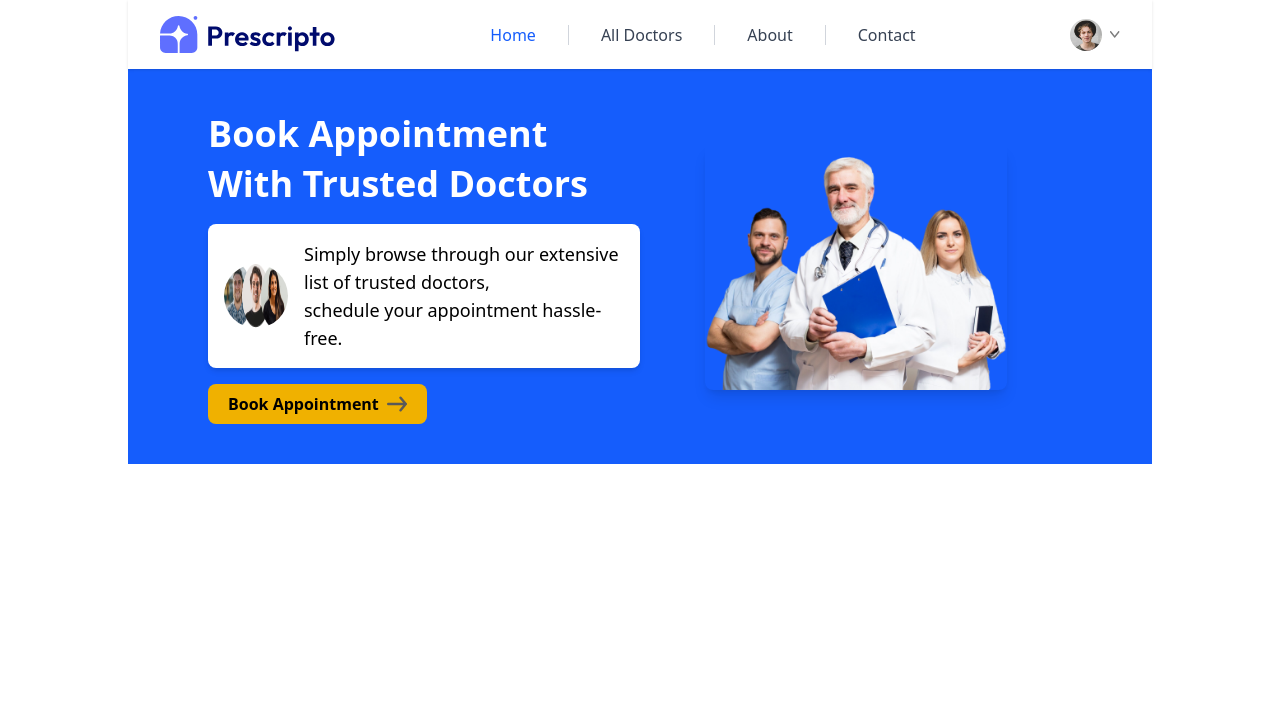
Repository: Pran2535/appointement_booking
Page: / (app in frontend/)
These files come from the project's save history. The page is drawn as it stood at one moment and after the next save; the edit follows.
The browser window is 1280 px wide. The pictures show the whole page.
The project was rebuilt for these pictures with package versions that can differ from the ones it lists, and the page was loaded fresh each time. Also part of the build but not shown: frontend/vite.config.js, frontend/src/pages/About.jsx, frontend/src/pages/MyAppointments.jsx, frontend/src/pages/Doctors.jsx, frontend/src/pages/Login.jsx, frontend/src/pages/Contact.jsx, frontend/src/pages/MyProfile.jsx, frontend/src/pages/Appointment.jsx.

Above is the page before, as saved 2025-02-16 20:55:28.

### frontend/index.html
<!doctype html>
<html lang="en">
  <head>
    <meta charset="UTF-8" />
    <link rel="icon" type="image/svg+xml" href="/vite.svg" />
    <meta name="viewport" content="width=device-width, initial-scale=1.0" />
    <title>Mishra healthcare</title>
  </head>
  <body>
    <div id="root"></div>
    <script type="module" src="/src/main.jsx"></script>
  </body>
</html>

### frontend/src/main.jsx
import { StrictMode } from 'react'
import { createRoot } from 'react-dom/client'
import './index.css'
import App from './App.jsx'
import { BrowserRouter } from 'react-router-dom'

createRoot(document.getElementById('root')).render(
<BrowserRouter>
    <App />
  </BrowserRouter>,
)

### frontend/src/App.jsx
import React from 'react'
import { Route, Routes } from 'react-router-dom'
import Home from './pages/Home'
import About from './pages/About'
import MyAppointments from './pages/MyAppointments'
import Doctors from './pages/Doctors'
import Login from './pages/Login'
import Contact from './pages/Contact'
import MyProfile from './pages/MyProfile'
import Appointment from './pages/Appointment'
import Navbar from './components/Navbar'

const App = () => {
  return (
    <div className='mx-4 sm:mx-[10%]'>
      <Navbar/>{ /* mounted navbar component before routes so that it gets displayed over the all routes */}
      <Routes>
        <Route path='/' element={<Home />} />
        <Route path='/about' element={<About />} />
        <Route path='/my-appointments' element={<MyAppointments />} />
        <Route path='/doctors' element={<Doctors/>}/>
        <Route path='/doctors/:speciality' element={<Doctors/>}/>
        <Route path ='/login' element={<Login/>}/>
        <Route path='/contact' element={<Contact/>}/>
        <Route path ='/my-profile' element={<MyProfile/>}/>
        <Route path ='/appointments/:docId' element={<Appointment/>}/>
      </Routes>
    </div>
  )
}

export default App

### frontend/src/pages/Home.jsx
import React from 'react'
import Header from '../components/Header'

const Home = () => {
  return (
    <div>
      <Header/>
    </div>
  )
}

export default Home

### frontend/src/components/Navbar.jsx
import React, { useState } from 'react'
import { NavLink, useNavigate } from 'react-router-dom'
import { assets } from '../assets/assets'

const links = [
  { to: '/', label: 'Home' },
  { to: '/doctors', label: 'All Doctors' },
  { to: '/about', label: 'About' },
  { to: '/contact', label: 'Contact' }
]

const Navbar = () => {
  const navigate = useNavigate();
  const [showMenu, setShowMenu]=useState(false);
  const [token,setToken]=useState(true);


  return (
    <nav className="sticky top-0 bg-white shadow-sm z-50">
      <div className="max-w-7xl mx-auto px-4 sm:px-6 lg:px-8 py-4 flex items-center justify-between">
        {/* Logo */}
        <div className="flex-shrink-0">
          <img
            className="w-32 md:w-40 lg:w-44 h-auto cursor-pointer transition-transform hover:scale-105"
            src={assets.logo}
            alt="Company Logo"
          />
        </div>

        {/* Navigation Links */}
        <div className="hidden md:block">
          <ul className="flex items-center space-x-8">
            {links.map((l, i) => (
              <React.Fragment key={l.to}>
                <NavLink
                  to={l.to}
                  className={({ isActive }) =>
                    `font-medium transition-colors duration-200 hover:text-blue-600 ${
                      isActive ? 'text-blue-600' : 'text-gray-700'
                    }`
                  }
                >
                  {l.label}
                </NavLink>
                {i < links.length - 1 && (
                  <div className="h-5 w-px bg-gray-300" aria-hidden="true" />
                )}
              </React.Fragment>
            ))}
          </ul>
        </div>

        {/* CTA Button */}
        <div className="flex items-center gap-4">
            {
                token?
                <div className='flex items-center gap-2 cursor-pointer group relative' >
                    <img className='w-8 rounded-full' src={assets.profile_pic} alt="" />
                    <img className='w-2.5 ' src={assets.dropdown_icon} alt="" />
                    <div className='absolute top-0 right-0 pt-14 text-base font-medium text-gray-600 z-20 hidden group-hover:block'>
                        <div className='min-w-48 bg-stone-100 rounded flex flex-col gap-4 p-4'>
                            <p onClick={()=>navigate('/my-appointments')} className='hover:text-black cursor-pointer'>My Appointments</p>
                            <p onClick={()=>navigate('/my-profile')} className='hover:text-black cursor-pointer'>My Profile</p>
                            <p onClick={()=>setToken(false)} className='hover:text-black cursor-pointer'>Logout</p>
                        </div>
                    </div>
                </div>

                :
                 <button
            onClick={() => navigate('/login')}
            className="hidden cursor-pointer md:block bg-blue-600 hover:bg-blue-700 text-white px-6 py-3 rounded-full font-semibold transition-colors duration-200 focus:outline-none focus:ring-2 focus:ring-blue-500 focus:ring-offset-2 shadow-md"
          >
            Create Account
          </button>
            }

        </div>
      </div>
    </nav>
  )
}

export default Navbar

### frontend/src/components/Header.jsx
import React from 'react';
import { assets } from '../assets/assets';

const Header = () => {
  return (
    <div className="flex flex-col md:flex-row items-center justify-between bg-blue-600 text-white px-6 md:px-10 lg:px-20 py-10">
      {/* Left Side */}
      <div className="flex flex-col gap-4 md:w-1/2">
        <h1 className="text-3xl md:text-4xl font-bold leading-snug">
          Book Appointment <br /> With Trusted Doctors
        </h1>
        <div className="flex items-center gap-4 bg-white text-black p-4 rounded-lg shadow-md">
          <img src={assets.group_profiles} alt="Doctors" className="w-16 h-16 rounded-full" />
          <p className="text-lg">
            Simply browse through our extensive list of trusted doctors,
            <br /> schedule your appointment hassle-free.
          </p>
        </div>
        <a
          href="#"
          className="flex items-center gap-2 bg-yellow-500 hover:bg-yellow-600 text-black font-semibold px-5 py-2 rounded-lg transition-all duration-300 w-fit"
        >
          Book Appointment
          <img src={assets.arrow_icon} alt="Arrow" className="w-5 h-5" />
        </a>
      </div>

      {/* Right Side */}
      <div className="md:w-1/2 flex justify-center">
        <img src={assets.header_img} alt="Header" className="w-full md:w-[80%] lg:w-[70%] max-w-md rounded-lg shadow-lg" />
      </div>
    </div>
  );
};

export default Header;

### frontend/src/assets/assets.js
import appointment_img from './appointment_img.png'
import header_img from './header_img.png'
import group_profiles from './group_profiles.png'
import profile_pic from './profile_pic.png'
import contact_image from './contact_image.png'
import about_image from './about_image.png'
import logo from './logo.svg'
import dropdown_icon from './dropdown_icon.svg'
import menu_icon from './menu_icon.svg'
import cross_icon from './cross_icon.png'
import chats_icon from './chats_icon.svg'
import verified_icon from './verified_icon.svg'
import arrow_icon from './arrow_icon.svg'
import info_icon from './info_icon.svg'
import upload_icon from './upload_icon.png'
import stripe_logo from './stripe_logo.png'
import razorpay_logo from './razorpay_logo.png'
import doc1 from './doc1.png'
import doc2 from './doc2.png'
import doc3 from './doc3.png'
import doc4 from './doc4.png'
import doc5 from './doc5.png'
import doc6 from './doc6.png'
import doc7 from './doc7.png'
import doc8 from './doc8.png'
import doc9 from './doc9.png'
import doc10 from './doc10.png'
import doc11 from './doc11.png'
import doc12 from './doc12.png'
import doc13 from './doc13.png'
import doc14 from './doc14.png'
import doc15 from './doc15.png'
import Dermatologist from './Dermatologist.svg'
import Gastroenterologist from './Gastroenterologist.svg'
import General_physician from './General_physician.svg'
import Gynecologist from './Gynecologist.svg'
import Neurologist from './Neurologist.svg'
import Pediatricians from './Pediatricians.svg'


export const assets = {
    appointment_img,
    header_img,
    group_profiles,
    logo,
    chats_icon,
    verified_icon,
    info_icon,
    profile_pic,
    arrow_icon,
    contact_image,
    about_image,
    menu_icon,
    cross_icon,
    dropdown_icon,
    upload_icon,
    stripe_logo,
    razorpay_logo
}

export const specialityData = [
    {
        speciality: 'General physician',
        image: General_physician
    },
    {
        speciality: 'Gynecologist',
        image: Gynecologist
    },
    {
        speciality: 'Dermatologist',
        image: Dermatologist
    },
    {
        speciality: 'Pediatricians',
        image: Pediatricians
    },
    {
        speciality: 'Neurologist',
        image: Neurologist
    },
    {
        speciality: 'Gastroenterologist',
        image: Gastroenterologist
    },
]

export const doctors = [
    {
        _id: 'doc1',
        name: 'Dr. Richard James',
        image: doc1,
        speciality: 'General physician',
        degree: 'MBBS',
        experience: '4 Years',
        about: 'Dr. Davis has a strong commitment to delivering comprehensive medical care, focusing on preventive medicine, early diagnosis, and effective treatment strategies. Dr. Davis has a strong commitment to delivering comprehensive medical care, focusing on preventive medicine, early diagnosis, and effective treatment strategies.',
        fees: 50,
        address: {
            line1: '17th Cross, Richmond',
            line2: 'Circle, Ring Road, London'
        }
    },
    {
        _id: 'doc2',
        name: 'Dr. Emily Larson',
        image: doc2,
        speciality: 'Gynecologist',
        degree: 'MBBS',
        experience: '3 Years',
        about: 'Dr. Davis has a strong commitment to delivering comprehensive medical care, focusing on preventive medicine, early diagnosis, and effective treatment strategies. Dr. Davis has a strong commitment to delivering comprehensive medical care, focusing on preventive medicine, early diagnosis, and effective treatment strategies.',
        fees: 60,
        address: {
            line1: '27th Cross, Richmond',
            line2: 'Circle, Ring Road, London'
        }
    },
    {
        _id: 'doc3',
        name: 'Dr. Sarah Patel',
        image: doc3,
        speciality: 'Dermatologist',
        degree: 'MBBS',
        experience: '1 Years',
        about: 'Dr. Davis has a strong commitment to delivering comprehensive medical care, focusing on preventive medicine, early diagnosis, and effective treatment strategies. Dr. Davis has a strong commitment to delivering comprehensive medical care, focusing on preventive medicine, early diagnosis, and effective treatment strategies.',
        fees: 30,
        address: {
            line1: '37th Cross, Richmond',
            line2: 'Circle, Ring Road, London'
        }
    },
    {
        _id: 'doc4',
        name: 'Dr. Christopher Lee',
        image: doc4,
        speciality: 'Pediatricians',
        degree: 'MBBS',
        experience: '2 Years',
        about: 'Dr. Davis has a strong commitment to delivering comprehensive medical care, focusing on preventive medicine, early diagnosis, and effective treatment strategies. Dr. Davis has a strong commitment to delivering comprehensive medical care, focusing on preventive medicine, early diagnosis, and effective treatment strategies.',
        fees: 40,
        address: {
            line1: '47th Cross, Richmond',
            line2: 'Circle, Ring Road, London'
        }
    },
    {
        _id: 'doc5',
        name: 'Dr. Jennifer Garcia',
        image: doc5,
        speciality: 'Neurologist',
        degree: 'MBBS',
        experience: '4 Years',
        about: 'Dr. Davis has a strong commitment to delivering comprehensive medical care, focusing on preventive medicine, early diagnosis, and effective treatment strategies. Dr. Davis has a strong commitment to delivering comprehensive medical care, focusing on preventive medicine, early diagnosis, and effective treatment strategies.',
        fees: 50,
        address: {
            line1: '57th Cross, Richmond',
            line2: 'Circle, Ring Road, London'
        }
    },
    {
        _id: 'doc6',
        name: 'Dr. Andrew Williams',
        image: doc6,
        speciality: 'Neurologist',
        degree: 'MBBS',
        experience: '4 Years',
        about: 'Dr. Davis has a strong commitment to delivering comprehensive medical care, focusing on preventive medicine, early diagnosis, and effective treatment strategies. Dr. Davis has a strong commitment to delivering comprehensive medical care, focusing on preventive medicine, early diagnosis, and effective treatment strategies.',
        fees: 50,
        address: {
            line1: '57th Cross, Richmond',
            line2: 'Circle, Ring Road, London'
        }
    },
    {
        _id: 'doc7',
        name: 'Dr. Christopher Davis',
        image: doc7,
        speciality: 'General physician',
        degree: 'MBBS',
        experience: '4 Years',
        about: 'Dr. Davis has a strong commitment to delivering comprehensive medical care, focusing on preventive medicine, early diagnosis, and effective treatment strategies. Dr. Davis has a strong commitment to delivering comprehensive medical care, focusing on preventive medicine, early diagnosis, and effective treatment strategies.',
        fees: 50,
        address: {
            line1: '17th Cross, Richmond',
            line2: 'Circle, Ring Road, London'
        }
    },
    {
        _id: 'doc8',
        name: 'Dr. Timothy White',
        image: doc8,
        speciality: 'Gynecologist',
        degree: 'MBBS',
        experience: '3 Years',
        about: 'Dr. Davis has a strong commitment to delivering comprehensive medical care, focusing on preventive medicine, early diagnosis, and effective treatment strategies. Dr. Davis has a strong commitment to delivering comprehensive medical care, focusing on preventive medicine, early diagnosis, and effective treatment strategies.',
        fees: 60,
        address: {
            line1: '27th Cross, Richmond',
            line2: 'Circle, Ring Road, London'
        }
    },
    {
        _id: 'doc9',
        name: 'Dr. Ava Mitchell',
        image: doc9,
        speciality: 'Dermatologist',
        degree: 'MBBS',
        experience: '1 Years',
        about: 'Dr. Davis has a strong commitment to delivering comprehensive medical care, focusing on preventive medicine, early diagnosis, and effective treatment strategies. Dr. Davis has a strong commitment to delivering comprehensive medical care, focusing on preventive medicine, early diagnosis, and effective treatment strategies.',
        fees: 30,
        address: {
            line1: '37th Cross, Richmond',
            line2: 'Circle, Ring Road, London'
        }
    },
    {
        _id: 'doc10',
        name: 'Dr. Jeffrey King',
        image: doc10,
        speciality: 'Pediatricians',
        degree: 'MBBS',
        experience: '2 Years',
        about: 'Dr. Davis has a strong commitment to delivering comprehensive medical care, focusing on preventive medicine, early diagnosis, and effective treatment strategies. Dr. Davis has a strong commitment to delivering comprehensive medical care, focusing on preventive medicine, early diagnosis, and effective treatment strategies.',
        fees: 40,
        address: {
            line1: '47th Cross, Richmond',
            line2: 'Circle, Ring Road, London'
        }
    },
    {
        _id: 'doc11',
        name: 'Dr. Zoe Kelly',
        image: doc11,
        speciality: 'Neurologist',
        degree: 'MBBS',
        experience: '4 Years',
        about: 'Dr. Davis has a strong commitment to delivering comprehensive medical care, focusing on preventive medicine, early diagnosis, and effective treatment strategies. Dr. Davis has a strong commitment to delivering comprehensive medical care, focusing on preventive medicine, early diagnosis, and effective treatment strategies.',
        fees: 50,
        address: {
            line1: '57th Cross, Richmond',
            line2: 'Circle, Ring Road, London'
        }
    },
    {
        _id: 'doc12',
        name: 'Dr. Patrick Harris',
        image: doc12,
        speciality: 'Neurologist',
        degree: 'MBBS',
        experience: '4 Years',
        about: 'Dr. Davis has a strong commitment to delivering comprehensive medical care, focusing on preventive medicine, early diagnosis, and effective treatment strategies. Dr. Davis has a strong commitment to delivering comprehensive medical care, focusing on preventive medicine, early diagnosis, and effective treatment strategies.',
        fees: 50,
        address: {
            line1: '57th Cross, Richmond',
            line2: 'Circle, Ring Road, London'
        }
    },
    {
        _id: 'doc13',
        name: 'Dr. Chloe Evans',
        image: doc13,
        speciality: 'General physician',
        degree: 'MBBS',
        experience: '4 Years',
        about: 'Dr. Davis has a strong commitment to delivering comprehensive medical care, focusing on preventive medicine, early diagnosis, and effective treatment strategies. Dr. Davis has a strong commitment to delivering comprehensive medical care, focusing on preventive medicine, early diagnosis, and effective treatment strategies.',
        fees: 50,
        address: {
            line1: '17th Cross, Richmond',
            line2: 'Circle, Ring Road, London'
        }
    },
    {
        _id: 'doc14',
        name: 'Dr. Ryan Martinez',
        image: doc14,
        speciality: 'Gynecologist',
        degree: 'MBBS',
        experience: '3 Years',
        about: 'Dr. Davis has a strong commitment to delivering comprehensive medical care, focusing on preventive medicine, early diagnosis, and effective treatment strategies. Dr. Davis has a strong commitment to delivering comprehensive medical care, focusing on preventive medicine, early diagnosis, and effective treatment strategies.',
        fees: 60,
        address: {
            line1: '27th Cross, Richmond',
            line2: 'Circle, Ring Road, London'
        }
    },
    {
        _id: 'doc15',
        name: 'Dr. Amelia Hill',
        image: doc15,
        speciality: 'Dermatologist',
        degree: 'MBBS',
        experience: '1 Years',
        about: 'Dr. Davis has a strong commitment to delivering comprehensive medical care, focusing on preventive medicine, early diagnosis, and effective treatment strategies. Dr. Davis has a strong commitment to delivering comprehensive medical care, focusing on preventive medicine, early diagnosis, and effective treatment strategies.',
        fees: 30,
        address: {
            line1: '37th Cross, Richmond',
            line2: 'Circle, Ring Road, London'
        }
    },
]

Loaded but not shown: frontend/src/index.css (common file)

After the next save:
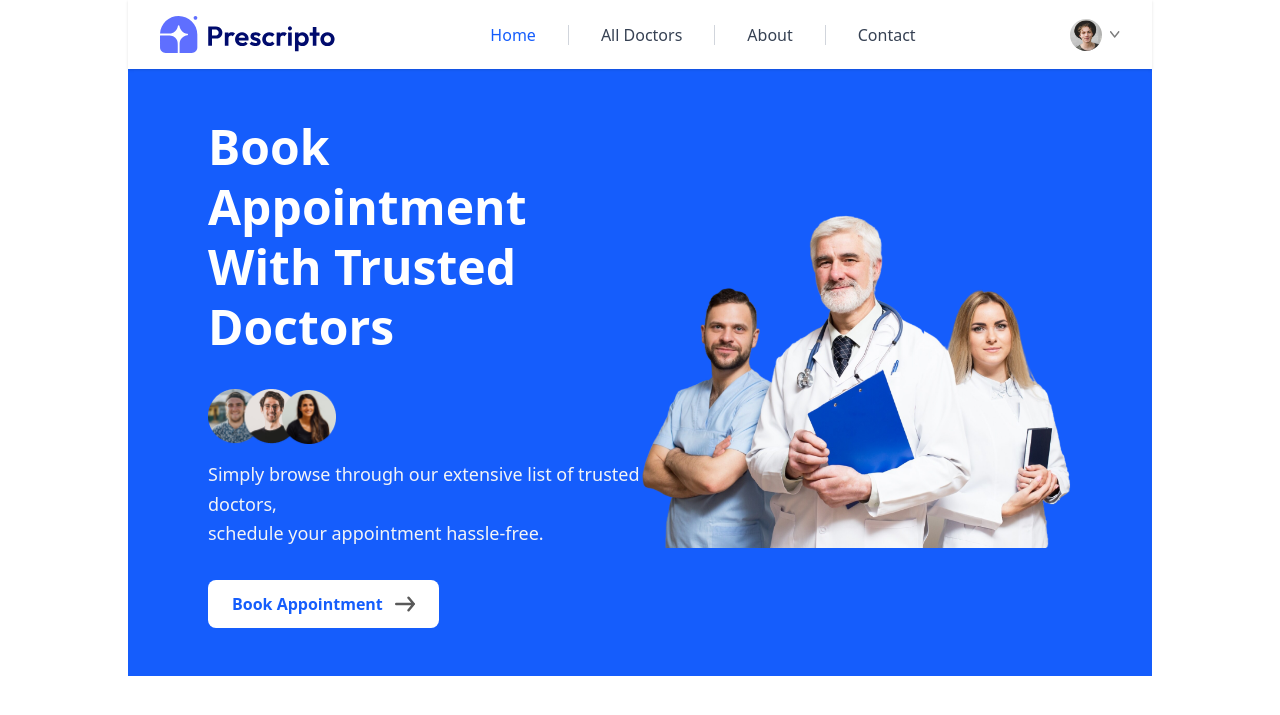
Saved 76 s later.
--- a/frontend/src/components/Header.jsx
+++ b/frontend/src/components/Header.jsx
@@ -3,31 +3,49 @@ import { assets } from '../assets/assets';
 
 const Header = () => {
   return (
-    <div className="flex flex-col md:flex-row items-center justify-between bg-blue-600 text-white px-6 md:px-10 lg:px-20 py-10">
-      {/* Left Side */}
-      <div className="flex flex-col gap-4 md:w-1/2">
-        <h1 className="text-3xl md:text-4xl font-bold leading-snug">
+    <div className="flex flex-col md:flex-row justify-between items-center bg-blue-600 px-6 md:px-10 lg:px-20 py-12 text-white">
+      {/* Left side */}
+      <div className="w-full md:w-1/2 space-y-8 mb-8 md:mb-0">
+        <h1 className="text-4xl lg:text-5xl font-bold leading-tight">
           Book Appointment <br /> With Trusted Doctors
         </h1>
-        <div className="flex items-center gap-4 bg-white text-black p-4 rounded-lg shadow-md">
-          <img src={assets.group_profiles} alt="Doctors" className="w-16 h-16 rounded-full" />
-          <p className="text-lg">
+
+        <div className="space-y-4">
+          <div className="flex items-center space-x-4">
+            <img
+              src={assets.group_profiles}
+              alt="Doctor Profiles"
+              className="w-32 h-auto object-contain"
+            />
+          </div>
+
+          <p className="text-lg text-gray-100 leading-relaxed">
             Simply browse through our extensive list of trusted doctors,
-            <br /> schedule your appointment hassle-free.
+            <br className="hidden md:block" />
+            schedule your appointment hassle-free.
           </p>
         </div>
+
         <a
           href="#"
-          className="flex items-center gap-2 bg-yellow-500 hover:bg-yellow-600 text-black font-semibold px-5 py-2 rounded-lg transition-all duration-300 w-fit"
+          className="inline-flex items-center space-x-3 bg-white text-blue-600 px-6 py-3 rounded-lg font-semibold hover:bg-gray-100 transition-colors duration-200"
         >
-          Book Appointment
-          <img src={assets.arrow_icon} alt="Arrow" className="w-5 h-5" />
+          <span>Book Appointment</span>
+          <img
+            src={assets.arrow_icon}
+            alt="Arrow"
+            className="w-5 h-5"
+          />
         </a>
       </div>
 
-      {/* Right Side */}
-      <div className="md:w-1/2 flex justify-center">
-        <img src={assets.header_img} alt="Header" className="w-full md:w-[80%] lg:w-[70%] max-w-md rounded-lg shadow-lg" />
+      {/* Right side */}
+      <div className="w-full md:w-1/2 flex justify-center md:justify-end">
+        <img
+          src={assets.header_img}
+          alt="Header illustration"
+          className="w-full max-w-lg h-auto object-contain"
+        />
       </div>
     </div>
   );
